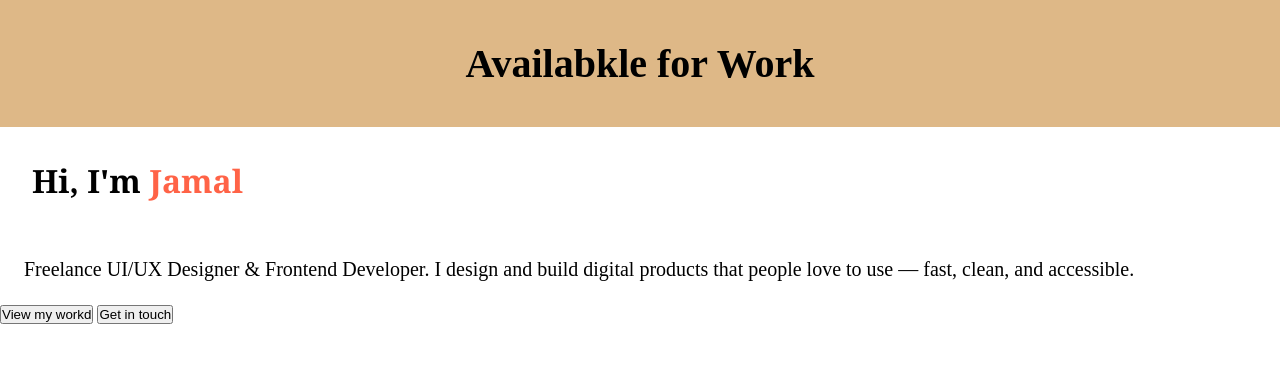
Repository: jamalissef-glitch/exercise1-JS
Page: Exercise33/index.html
These files come from the project's save history. The page is drawn as it stood at one moment and after the next save; the edit follows.
The browser window is 1280 px wide. The pictures show the whole page.

Above is the page before, as saved 2026-07-14 17:42:32.

### Exercise33/index.html
<!DOCTYPE html>
<html lang="en">

<head>
 <meta charset="UTF-8">
 <meta name="viewport" content="width=device-width, initial-scale=1.0">
 <title>DOM</title>
</head>

<style>
 * {
  padding: 0;
  margin: 0;
  box-sizing: border-box;
 }

 h3 {
  background-color: burlywood;
  padding: 2.5rem;
  text-align: center;
  font-size: 2.5rem;
  font-weight: bold;
 }

 #head {
  padding: 2rem;
  font-family: Georgia, 'Times New Roman', Times, serif;
  font-size: 2rem;
 }

 #head em {
  color: tomato;
  font-style: normal;
  font-weight: bold;
 }

 .desc {
  padding: 1.5rem;
  align-items: center;
  font-size: 20px;
  col
 }
</style>

<body>

 <h3>Availabkle for Work</h3>
 <h1 id="head">Hi, I'm <em>Jamal</em></h1>
 <p class="desc">Freelance UI/UX Designer & Frontend Developer. I design and build digital products that people love to
  use — fast,
  clean, and accessible.</p>

 <button>View my workd</button>
 <button>Get in touch</button>


</body>

</html>

After the next save:
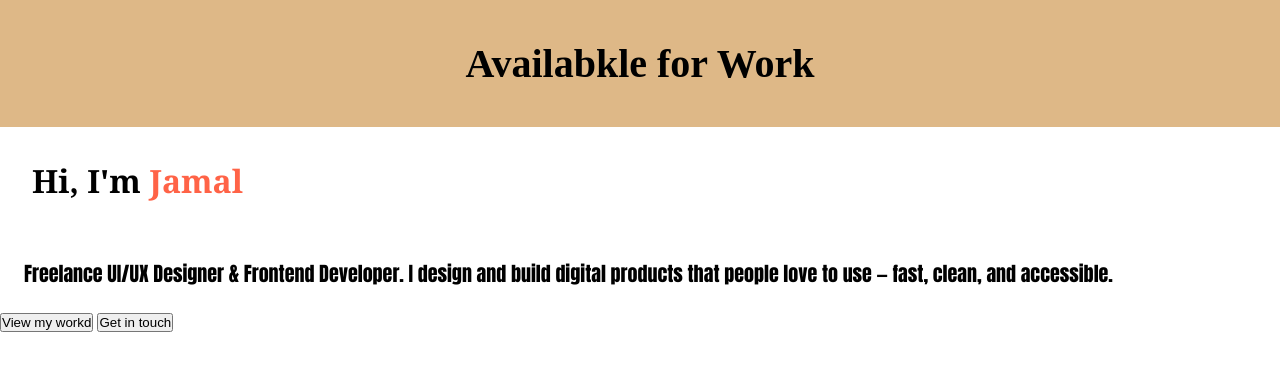
Saved 8 s later.
--- a/Exercise33/index.html
+++ b/Exercise33/index.html
@@ -38,7 +38,7 @@
   padding: 1.5rem;
   align-items: center;
   font-size: 20px;
-  col
+  font-family: Impact, Haettenschweiler, 'Arial Narrow Bold', sans-serif;
  }
 </style>
 
